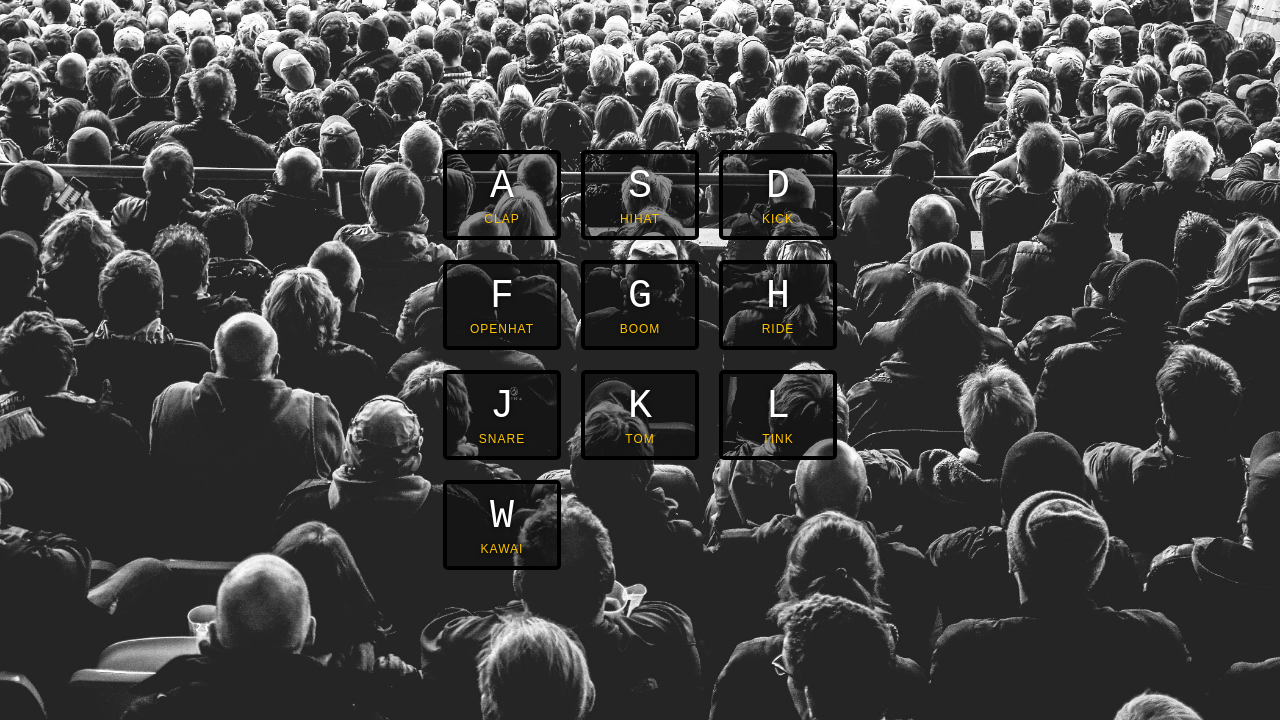
Repository: Freezler/drumkitJS
Page: index-START.html
An editor plug-in stored every save of this project. The page is shown before and after the next save, followed by the edit.
The browser window is 1280 px wide. The pictures show the whole page.

Above is the page before, as saved 2024-08-23 00:28:54.

### index-START.html
<!DOCTYPE html>
<html lang="en">

<head>
  <meta charset="UTF-8">
  <title>JS Drum Kit</title>
  <link rel="stylesheet" href="style.css">
  <link rel="icon" href="https://fav.farm/🔥" />
</head>

<body>

  <main>
    <div class="keys">
      <div data-key="65" class="key">
        <kbd>A</kbd>
        <span class="sound">clap</span>
      </div>
      <div data-key="83" class="key">
        <kbd>S</kbd>
        <span class="sound">hihat</span>
      </div>
      <div data-key="68" class="key">
        <kbd>D</kbd>
        <span class="sound">kick</span>
      </div>
      <div data-key="70" class="key">
        <kbd>F</kbd>
        <span class="sound">openhat</span>
      </div>
      <div data-key="71" class="key">
        <kbd>G</kbd>
        <span class="sound">boom</span>
      </div>
      <div data-key="72" class="key">
        <kbd>H</kbd>
        <span class="sound">ride</span>
      </div>
      <div data-key="74" class="key">
        <kbd>J</kbd>
        <span class="sound">snare</span>
      </div>
      <div data-key="75" class="key">
        <kbd>K</kbd>
        <span class="sound">tom</span>
      </div>
      <div data-key="76" class="key">
        <kbd>L</kbd>
        <span class="sound">tink</span>
      </div>
      <div data-key="87" class="key">
        <kbd>W</kbd>
        <span class="sound">kawai</span>
      </div>
    </div>
  </main>

  <audio data-key="65" src="sounds/clap.wav"></audio>
  <audio data-key="83" src="sounds/hihat.wav"></audio>
  <audio data-key="68" src="sounds/kick.wav"></audio>
  <audio data-key="70" src="sounds/openhat.wav"></audio>
  <audio data-key="71" src="sounds/boom.wav"></audio>
  <audio data-key="72" src="sounds/ride.wav"></audio>
  <audio data-key="74" src="sounds/snare.wav"></audio>
  <audio data-key="75" src="sounds/tom.wav"></audio>
  <audio data-key="76" src="sounds/tink.wav"></audio>
  <audio data-key="87" src="sounds/kawai.wav"></audio>


  <script>

    window.addEventListener('keydown', function (e) {
      const audio = document.querySelector(`audio[data-key="${e.keyCode}"]`);
      const key = document.querySelector(`.key[data-key="${e.keyCode}"]`);
      key.classList.add('playing');
      if (!audio) return;
      audio.currentTime = 0;
      audio.play();

      function removeTransition(e) {
        if (e.propertyName !== 'transform') return;
        this.classList.remove('playing');
      }
      const keys = document.querySelectorAll('.key');
      keys.forEach(key => key.addEventListener('transitionend', removeTransition));

    });
  </script>


</body>

</html>

### style.css
html {
  font-size: 10px;
  background: url('./background.jpg') bottom center;
  background-size: cover;
  background-repeat: no-repeat;
  height: 100vh;
}

body,
html {
  margin: 0;
  padding: 0;
  font-family: sans-serif;
}

main {
  place-self: center;
  display: grid;
  place-items: center;
  height: 100vh;
  place-content: center;
  text-align: center;


}

.keys {
  display: grid;
  grid-row: auto;
  grid-template-columns: repeat(3, 1fr);
  align-items: center;

}

.key {
  border: .4rem solid black;
  border-radius: .5rem;
  margin: 1rem;
  font-size: 1.5rem;
  padding: 1rem .5rem;
  transition: all .07s ease;
  width: 10rem;
  text-align: center;
  color: white;
  background: rgba(0, 0, 0, 0.4);
  text-shadow: 0 0 .5rem black;

}

.key[data-key="87"] {
  display: inline-block;
  text-align: center;


}

.playing {
  transform: scale(1.1);
  border-color: #ffc600;
  box-shadow: 0 0 1rem #ffc600;
}

kbd {
  display: block;
  font-size: 4rem;
}

.sound {
  font-size: 1.2rem;
  text-transform: uppercase;
  letter-spacing: .1rem;
  color: #ffc600;
}

After the next save:
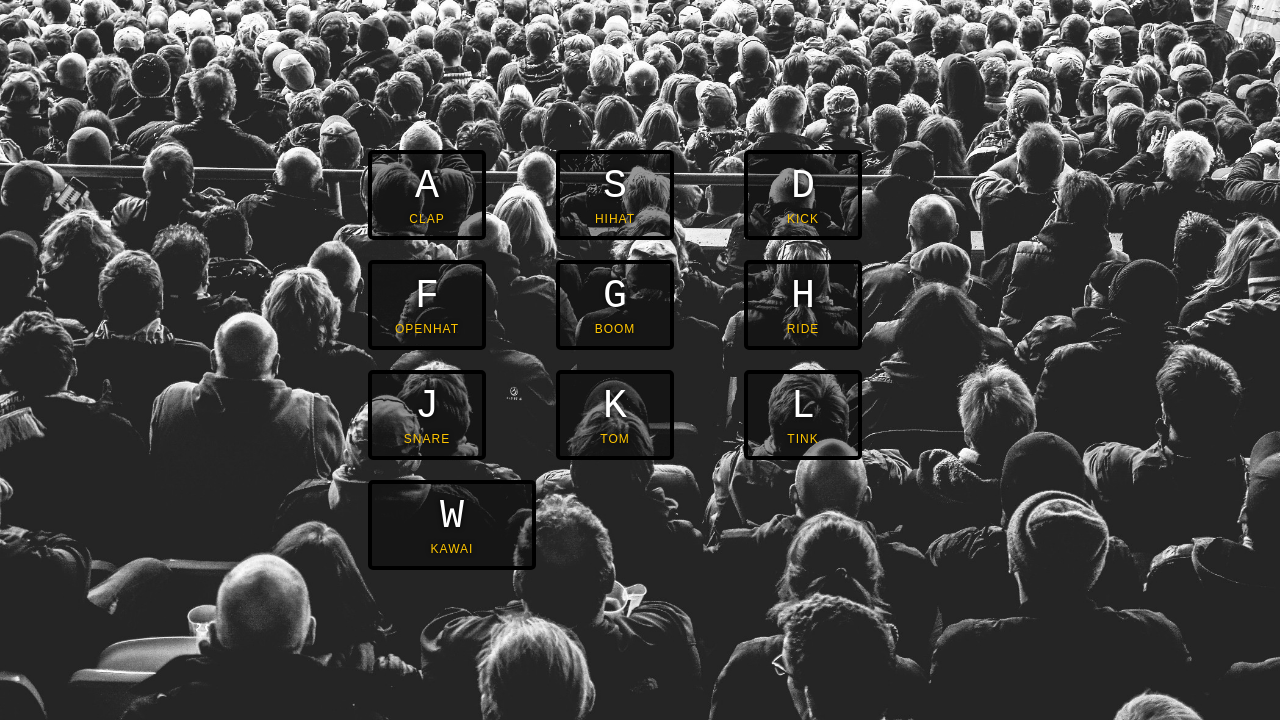
Saved 26 s later.
--- a/style.css
+++ b/style.css
@@ -28,7 +28,7 @@
   display: grid;
   grid-row: auto;
   grid-template-columns: repeat(3, 1fr);
-  align-items: center;
+
 
 }
 
@@ -48,8 +48,7 @@
 }
 
 .key[data-key="87"] {
-  display: inline-block;
-  text-align: center;
+  width: 15rem;
 
 
 }

After the save that followed:
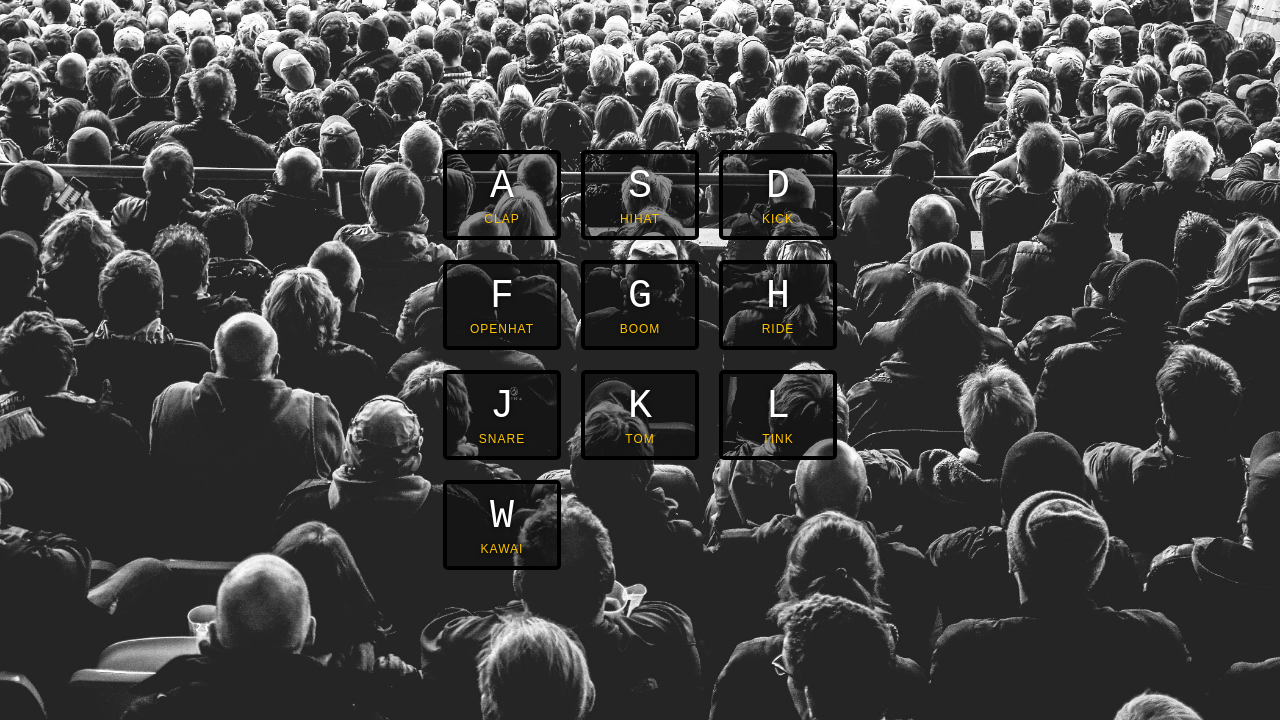
Saved 12 s later.
--- a/style.css
+++ b/style.css
@@ -48,7 +48,7 @@
 }
 
 .key[data-key="87"] {
-  width: 15rem;
+  place-content: center;
 
 
 }
